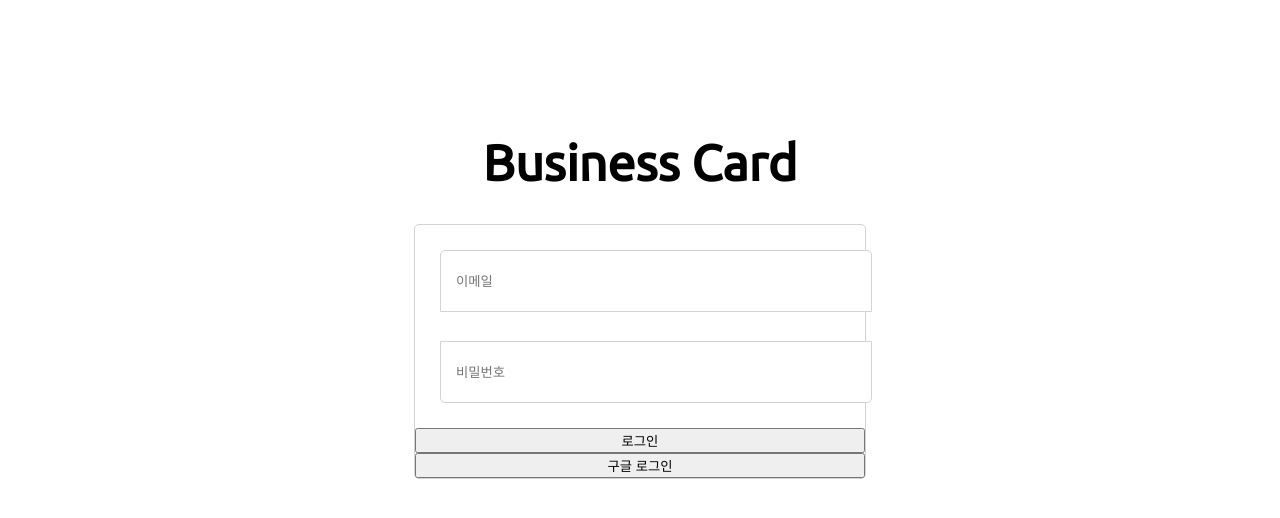
Repository: momo0170/react_businesscard
Page: /login
An editor plug-in stored every save of this project. The page is shown before and after a run of saves, followed by the edit.
The browser window is 1280 px wide. The pictures show the whole page.
The page's requests for data from a server got no answer. The project was rebuilt for these pictures with package versions that can differ from the ones it lists, and the page was loaded fresh each time. No one was signed in, and anything a server would have sent is missing.

Above is the page before, as saved 2022-08-10 20:58:35.

After the next 2 saves:
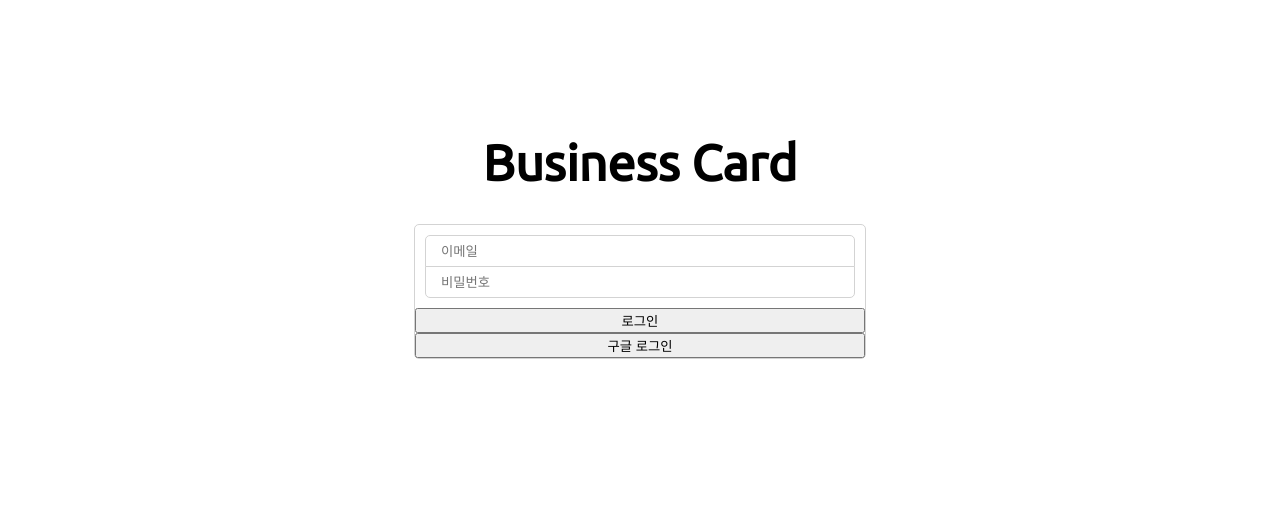
The 2 saves are shown as one change because they came seconds apart.
The last was saved 16 s later.
--- a/src/css/login.module.css
+++ b/src/css/login.module.css
@@ -25,7 +25,7 @@
 
 .id,
 .password {
-  padding: 15px 15px 15px;
+  /* padding: 15px 15px 15px; */
 }
 
 .inputId,
@@ -34,6 +34,7 @@
   height: 30px;
   padding: 15px;
   outline: 0;
+  box-sizing: border-box;
 }
 
 .inputId {
